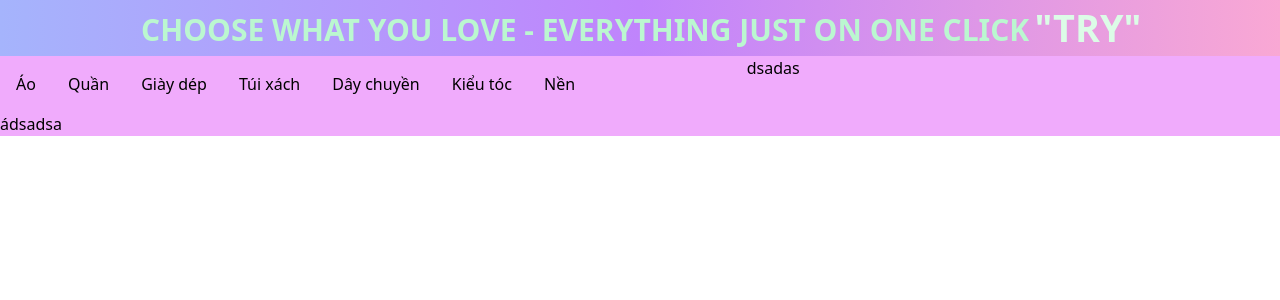
Repository: NguyenVietPhuQuy/ReactJs-TailWind-Redux-FunctionHook-ModelDesign
Page: / (app in modeldesign/)
An editor plug-in stored every save of this project. The page is shown before and after the next save, followed by the edit.
The browser window is 1280 px wide. The pictures show the whole page.
The project was rebuilt for these pictures with package versions that can differ from the ones it lists, and the page was loaded fresh each time. Also part of the build but not shown: modeldesign/src/App.css.

Above is the page before, as saved 2022-11-17 13:19:11.

### modeldesign/src/index.js
import React from 'react';
import ReactDOM from 'react-dom/client';
import './index.css';
import App from './App';
import reportWebVitals from './reportWebVitals';
import {Provider} from 'react-redux'
import store from './Components/Reducer/Store';
const root = ReactDOM.createRoot(document.getElementById('root'));
root.render(
  <React.StrictMode>
    <Provider store ={store}>
    <App/>
    </Provider>
  </React.StrictMode>
);

// If you want to start measuring performance in your app, pass a function
// to log results (for example: reportWebVitals(console.log))
// or send to an analytics endpoint. Learn more: https://bit.ly/CRA-vitals
reportWebVitals();

### modeldesign/src/App.js
import React from 'react';
import './App.css';
import Home from './Components/Home.js'
function App() {
  return (
    <div>
      <Home/>
    </div>
  );
}

export default App;

### modeldesign/src/Components/Reducer/Store.js
import {createStore} from "redux"
import rootReducer from "./RootReducer"

const store = createStore(rootReducer,window.__REDUX_DEVTOOLS_EXTENSION__ && window.__REDUX_DEVTOOLS_EXTENSION__())
export default store

### modeldesign/src/Components/Home.js
import React from "react";
import Header from './Header.js'
import Category from "./Category.js";
import ProductList from "./ProductList.js";
import Model from "./Model.js";
function Home() {
    return (
        <div className="container mx-auto relative bg-fuchsia-300">
            <section className=
            " bg-gradient-to-r from-indigo-300 via-purple-400 to-pink-300 w-full ring-2 ring-transparent">
                    <Header/>
            </section>
            <section className="main flex flex-row">
                <div className="basis-7/12">
                    <Category/>
                    <ProductList/>
                </div>
                <div className="basis-5/12">
                    <Model />
                </div>
            </section>
        </div>
    )
}
export default Home

### modeldesign/src/Components/Reducer/RootReducer.js
import { combineReducers } from "redux";
import ProductReducer from './ProductReducer'
import CategoryReducer from './CategoryReducer'

const RootReducer = combineReducers({
    products: ProductReducer,
    categories: CategoryReducer,

})

export default RootReducer

### modeldesign/src/Components/Header.js
import React from "react";
import 'animate.css'
function Header(){
    return (
        <div className="text-center text-3xl p-2 font-semibold text-green-200 ">
            CHOOSE WHAT YOU LOVE - EVERYTHING JUST ON ONE CLICK <span className="text-green-100 font-bold text-4xl animate__animated animate__pulse animate__infinite inline-block">"TRY" </span>
        </div>
    )
}
export default Header

### modeldesign/src/Components/Category.js
import React from "react";
import {useSelector} from 'react-redux'


function Category(props){
    const returnValue = useSelector(state=>state.categories.category)
return(
    <div className="flex flex-row w-full">
        {returnValue.map((item)=>{
            return(
            <div>
               <button className="p-4 w-1/7">{item.showName}</button>
            </div>
            )
        })}
    </div>
)
}

export default Category

### modeldesign/src/Components/ProductList.js
import React from "react";
function ProductList(){
    return(<div>
ádsadsa
    </div>)
}
export default ProductList

### modeldesign/src/Components/Model.js
import React from "react";
function Model(){
    return(<div>
        dsadas
    </div>)
}
export default Model

### modeldesign/src/Components/Reducer/ProductReducer.js

const initialState = {
    product: [{
        id: 'topcloth_1',
        type: "topclothes",
        name: "Top Cloth 1",
        desc: "Lorem ipsum dolor, sit amet consectetur adipisicing elit. Aliquid, nulla.",
        imgSrc_jpg: 'images/clothes/topcloth1_show.jpg',
        imgSrc_png: 'images/clothes/topcloth1.png',
    },
    {
        id: 'topcloth_2',
        type: "topclothes",
        name: "Top Cloth 2",
        desc: "Lorem ipsum dolor, sit amet consectetur adipisicing elit. Aliquid, nulla.",
        imgSrc_jpg: 'images/clothes/topcloth2_show.jpg',
        imgSrc_png: 'images/clothes/topcloth2.png',
    },
    {
        id: 'topcloth_3',
        type: "topclothes",
        name: "Top Cloth 3",
        desc: "Lorem ipsum dolor, sit amet consectetur adipisicing elit. Aliquid, nulla.",
        imgSrc_jpg: 'images/clothes/topcloth3_show.jpg',
        imgSrc_png: 'images/clothes/topcloth3.png',
    },
    {
        id: 'topcloth_4',
        type: "topclothes",
        name: "Top Cloth 4",
        desc: "Lorem ipsum dolor, sit amet consectetur adipisicing elit. Aliquid, nulla.",
        imgSrc_jpg: 'images/clothes/topcloth4_show.jpg',
        imgSrc_png: 'images/clothes/topcloth4.png',
    },
    {
        id: 'topcloth_5',
        type: "topclothes",
        name: "Top Cloth 5",
        desc: "Lorem ipsum dolor, sit amet consectetur adipisicing elit. Aliquid, nulla.",
        imgSrc_jpg: 'images/clothes/topcloth5_show.jpg',
        imgSrc_png: 'images/clothes/topcloth5.png',
    },
    {
        id: 'topcloth_6',
        type: "topclothes",
        name: "Top Cloth ",
        desc: "Lorem ipsum dolor, sit amet consectetur adipisicing elit. Aliquid, nulla.",
        imgSrc_jpg: 'images/clothes/topcloth6_show.jpg',
        imgSrc_png: 'images/clothes/topcloth6.png',
    },

    // Both clothes
    {
        id: 'botcloth_1',
        type: "botclothes",
        name: "Bot Cloth 1",
        desc: "Lorem ipsum dolor, sit amet consectetur adipisicing elit. Aliquid, nulla.",
        imgSrc_jpg: 'images/clothes/botcloth1_show.jpg',
        imgSrc_png: 'images/clothes/botcloth1.png',
    },
    {
        id: 'botcloth_2',
        type: "botclothes",
        name: "Bot Cloth 2",
        desc: "Lorem ipsum dolor, sit amet consectetur adipisicing elit. Aliquid, nulla.",
        imgSrc_jpg: 'images/clothes/botcloth2_show.jpg',
        imgSrc_png: 'images/clothes/botcloth2.png',
    },
    {
        id: 'botcloth_3',
        type: "botclothes",
        name: "Bot Cloth 3",
        desc: "Lorem ipsum dolor, sit amet consectetur adipisicing elit. Aliquid, nulla.",
        imgSrc_jpg: 'images/clothes/botcloth3_show.jpg',
        imgSrc_png: 'images/clothes/botcloth3.png',
    },
    {
        id: 'botcloth_4',
        type: "botclothes",
        name: "Bot Cloth 4",
        desc: "Lorem ipsum dolor, sit amet consectetur adipisicing elit. Aliquid, nulla.",
        imgSrc_jpg: 'images/clothes/botcloth4_show.jpg',
        imgSrc_png: 'images/clothes/botcloth4.png',
    },
    {
        id: 'botcloth_5',
        type: "botclothes",
        name: "Bot Cloth 5",
        desc: "Lorem ipsum dolor, sit amet consectetur adipisicing elit. Aliquid, nulla.",
        imgSrc_jpg: 'images/clothes/botcloth5_show.jpg',
        imgSrc_png: 'images/clothes/botcloth5.png',
    },

    // Shoes
    {
        id: 'shoes_1',
        type: "shoes",
        name: "Shoes 1",
        desc: "Lorem ipsum dolor, sit amet consectetur adipisicing elit. Aliquid, nulla.",
        imgSrc_jpg: 'images/shoes/shoes1_show.jpg',
        imgSrc_png: 'images/shoes/shoes1.png',
    },
    {
        id: 'shoes_2',
        type: "shoes",
        name: "Shoes 2",
        desc: "Lorem ipsum dolor, sit amet consectetur adipisicing elit. Aliquid, nulla.",
        imgSrc_jpg: 'images/shoes/shoes2_show.jpg',
        imgSrc_png: 'images/shoes/shoes2.png',
    },
    {
        id: 'shoes_3',
        type: "shoes",
        name: "Shoes 3",
        desc: "Lorem ipsum dolor, sit amet consectetur adipisicing elit. Aliquid, nulla.",
        imgSrc_jpg: 'images/shoes/shoes3_show.jpg',
        imgSrc_png: 'images/shoes/shoes3.png',
    },
    {
        id: 'shoes_4',
        type: "shoes",
        name: "Shoes 4",
        desc: "Lorem ipsum dolor, sit amet consectetur adipisicing elit. Aliquid, nulla.",
        imgSrc_jpg: 'images/shoes/shoes4_show.jpg',
        imgSrc_png: 'images/shoes/shoes4.png',
    },
    {
        id: 'shoes_5',
        type: "shoes",
        name: "Shoes 5",
        desc: "Lorem ipsum dolor, sit amet consectetur adipisicing elit. Aliquid, nulla.",
        imgSrc_jpg: 'images/shoes/shoes5_show.jpg',
        imgSrc_png: 'images/shoes/shoes5.png',
    },

    // Handbags
    {
        id: 'handbag_1',
        type: "handbags",
        name: "Handbag 1",
        desc: "Lorem ipsum dolor, sit amet consectetur adipisicing elit. Aliquid, nulla.",
        imgSrc_jpg: 'images/handbags/handbag1_show.jpg',
        imgSrc_png: 'images/handbags/handbag1.png',
    },
    {
        id: 'handbag_2',
        type: "handbags",
        name: "Handbag 2",
        desc: "Lorem ipsum dolor, sit amet consectetur adipisicing elit. Aliquid, nulla.",
        imgSrc_jpg: 'images/handbags/handbag2_show.jpg',
        imgSrc_png: 'images/handbags/handbag2.png',
    },
    {
        id: 'handbag_3',
        type: "handbags",
        name: "Handbag 3",
        desc: "Lorem ipsum dolor, sit amet consectetur adipisicing elit. Aliquid, nulla.",
        imgSrc_jpg: 'images/handbags/handbag3_show.jpg',
        imgSrc_png: 'images/handbags/handbag3.png',
    },

    // Necklaces
    {
        id: 'necklace_1',
        type: "necklaces",
        name: "Necklace 1",
        desc: "Lorem ipsum dolor, sit amet consectetur adipisicing elit. Aliquid, nulla.",
        imgSrc_jpg: 'images/necklaces/necklace1_show.jpg',
        imgSrc_png: 'images/necklaces/necklace1.png',
    },
    {
        id: 'necklace_2',
        type: "necklaces",
        name: "Necklace 2",
        desc: "Lorem ipsum dolor, sit amet consectetur adipisicing elit. Aliquid, nulla.",
        imgSrc_jpg: 'images/necklaces/necklace2_show.jpg',
        imgSrc_png: 'images/necklaces/necklace2.png',
    },
    {
        id: 'necklace_3',
        type: "necklaces",
        name: "Necklace 3",
        desc: "Lorem ipsum dolor, sit amet consectetur adipisicing elit. Aliquid, nulla.",
        imgSrc_jpg: 'images/necklaces/necklace3_show.jpg',
        imgSrc_png: 'images/necklaces/necklace3.png',
    },

    // Hairstyle
    {
        id: 'hairstyle_1',
        type: "hairstyle",
        name: "Hairstyle 1",
        desc: "Lorem ipsum dolor, sit amet consectetur adipisicing elit. Aliquid, nulla.",
        imgSrc_jpg: 'images/hairstyle/hairstyle1_show.jpg',
        imgSrc_png: 'images/hairstyle/hairstyle1.png',
    },
    {
        id: 'hairstyle_2',
        type: "hairstyle",
        name: "Hairstyle 2",
        desc: "Lorem ipsum dolor, sit amet consectetur adipisicing elit. Aliquid, nulla.",
        imgSrc_jpg: 'images/hairstyle/hairstyle2_show.jpg',
        imgSrc_png: 'images/hairstyle/hairstyle2.png',
    },
    {
        id: 'hairstyle_3',
        type: "hairstyle",
        name: "Hairstyle 3",
        desc: "Lorem ipsum dolor, sit amet consectetur adipisicing elit. Aliquid, nulla.",
        imgSrc_jpg: 'images/hairstyle/hairstyle3_show.jpg',
        imgSrc_png: 'images/hairstyle/hairstyle3.png',
    },

    // Background
    {
        id: 'background_1',
        type: "background",
        name: "Background 1",
        desc: "Lorem ipsum dolor, sit amet consectetur adipisicing elit. Aliquid, nulla.",
        imgSrc_jpg: 'images/background/background1_show.jpg',
        imgSrc_png: 'images/background/background1.jpg',
    },
    {
        id: 'background_2',
        type: "background",
        name: "Background 2",
        desc: "Lorem ipsum dolor, sit amet consectetur adipisicing elit. Aliquid, nulla.",
        imgSrc_jpg: 'images/background/background2_show.jpg',
        imgSrc_png: 'images/background/background2.jpg',
    },
    {
        id: 'background_3',
        type: "background",
        name: "Background 3",
        desc: "Lorem ipsum dolor, sit amet consectetur adipisicing elit. Aliquid, nulla.",
        imgSrc_jpg: 'images/background/background3_show.jpg',
        imgSrc_png: 'images/background/background3.jpg',
    },
    {
        id: 'background_4',
        type: "background",
        name: "Background 4",
        desc: "Lorem ipsum dolor, sit amet consectetur adipisicing elit. Aliquid, nulla.",
        imgSrc_jpg: 'images/background/background4_show.jpg',
        imgSrc_png: 'images/background/background4.jpg',
    },
    {
        id: 'background_5',
        type: "background",
        name: "Background 5",
        desc: "Lorem ipsum dolor, sit amet consectetur adipisicing elit. Aliquid, nulla.",
        imgSrc_jpg: 'images/background/background5_show.jpg',
        imgSrc_png: 'images/background/background5.jpg',
    },
    {
        id: 'background_6',
        type: "background",
        name: "Background 6",
        desc: "Lorem ipsum dolor, sit amet consectetur adipisicing elit. Aliquid, nulla.",
        imgSrc_jpg: 'images/background/background6_show.jpg',
        imgSrc_png: 'images/background/background6.jpg',
    },
    {
        id: 'background_7',
        type: "background",
        name: "Background 7",
        desc: "Lorem ipsum dolor, sit amet consectetur adipisicing elit. Aliquid, nulla.",
        imgSrc_jpg: 'images/background/background7_show.jpg',
        imgSrc_png: 'images/background/background7.jpg',
    },
    ],
}
const ProductReducer = (state = initialState) => {
    return state
}

export default ProductReducer

### modeldesign/src/Components/Reducer/CategoryReducer.js
const initialState ={
    category: [
        { tabName: 'tabTopClothes', showName: 'Áo', type: 'topclothes' },
        { tabName: 'tabBotClothes', showName: 'Quần', type: 'botclothes' },
        { tabName: 'tabShoes', showName: 'Giày dép', type: 'shoes' },
        { tabName: 'tabHandBags', showName: 'Túi xách', type: 'handbags' },
        { tabName: 'tabNecklaces', showName: 'Dây chuyền', type: 'necklaces' },
        { tabName: 'tabHairStyle', showName: 'Kiểu tóc', type: 'hairstyle' },
        { tabName: 'tabBackground', showName: 'Nền', type: 'background' }
    ]
}
const CategoryReducer = (state=initialState) =>{
    return state
}
export default CategoryReducer

Loaded but not shown: modeldesign/public/index.html (common file); modeldesign/src/index.css (common file); modeldesign/src/reportWebVitals.js (common file); modeldesign/tailwind.config.js (common file)

After the next save:
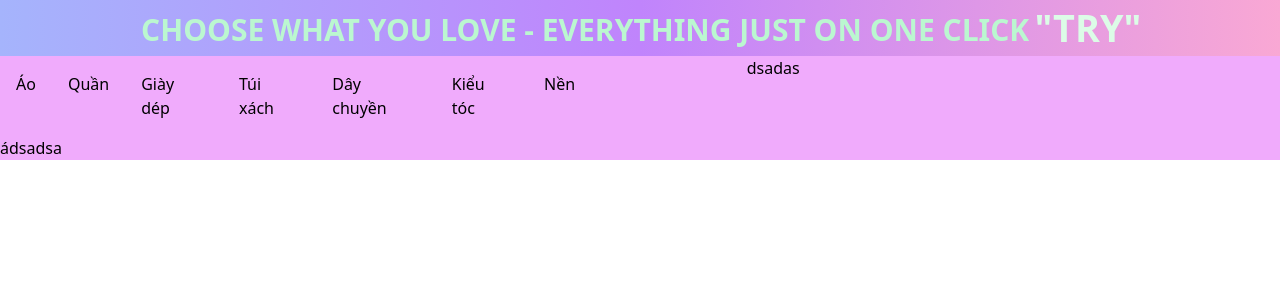
Saved 45 s later.
--- a/modeldesign/src/Components/Category.js
+++ b/modeldesign/src/Components/Category.js
@@ -9,7 +9,7 @@
         {returnValue.map((item)=>{
             return(
             <div>
-               <button className="p-4 w-1/7">{item.showName}</button>
+               <button className="p-4 w-2/6">{item.showName}</button>
             </div>
             )
         })}

After the save that followed:
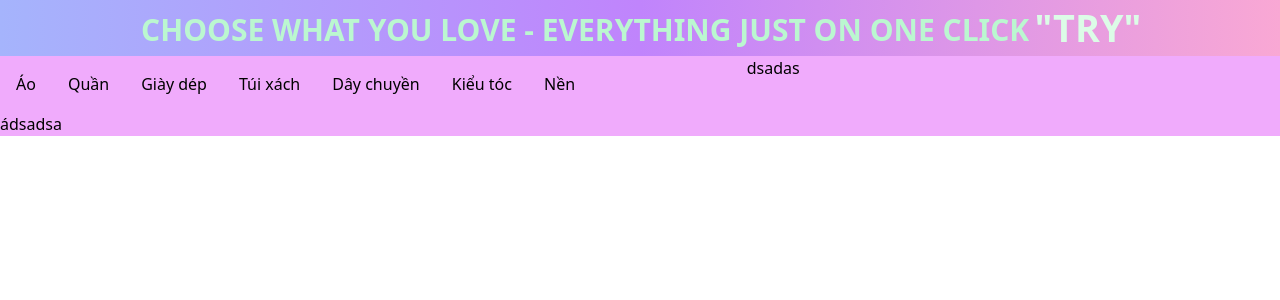
Saved 35 s later.
--- a/modeldesign/src/Components/Category.js
+++ b/modeldesign/src/Components/Category.js
@@ -9,7 +9,7 @@
         {returnValue.map((item)=>{
             return(
             <div>
-               <button className="p-4 w-2/6">{item.showName}</button>
+               <button className="p-4">{item.showName}</button>
             </div>
             )
         })}
